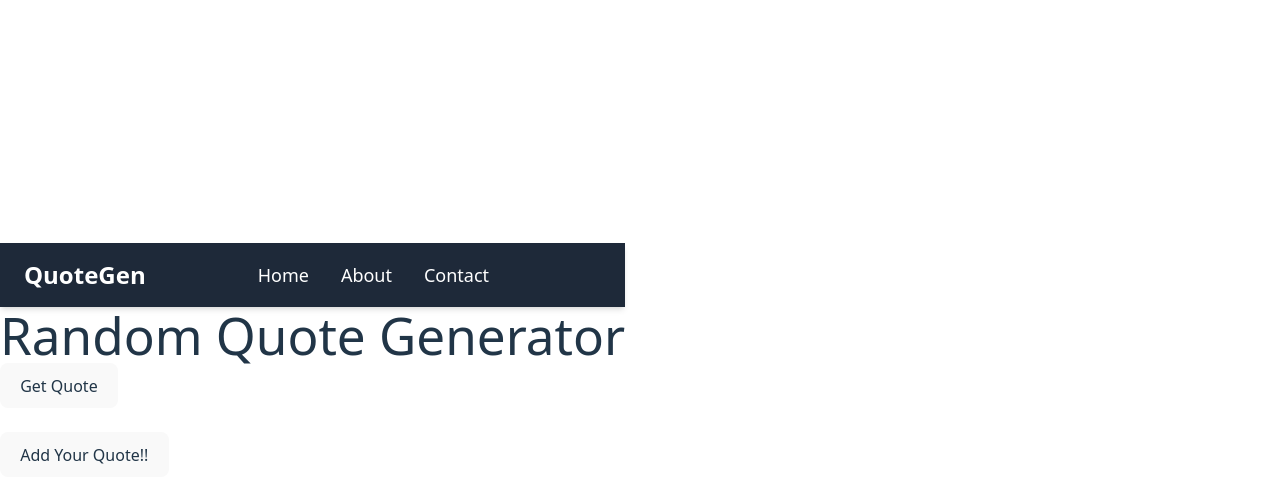
Repository: Vaibhav979/Quote-Generator
Page: / (app in QuoteGen-View/)
An editor plug-in stored every save of this project. The page is shown before and after the next save, followed by the edit.
The browser window is 1280 px wide. The pictures show the whole page.
The project was rebuilt for these pictures with package versions that can differ from the ones it lists, and the page was loaded fresh each time. Also part of the build but not shown: QuoteGen-View/vite.config.js, QuoteGen-View/src/components/AddQuotePage.jsx, QuoteGen-View/src/App.css.

Above is the page before, as saved 2025-08-15 21:07:51.

After the next save:
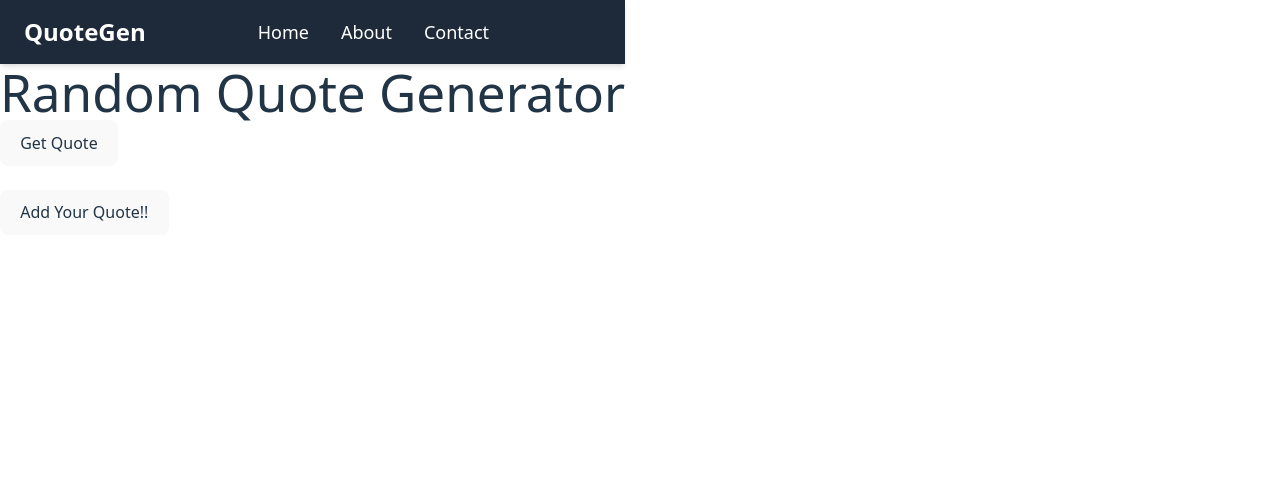
Saved 4 s later.
--- a/QuoteGen-View/src/index.css
+++ b/QuoteGen-View/src/index.css
@@ -36,7 +36,7 @@
   display: flex;
   place-items: center;
   /* min-width: 320px; */
-  min-height: 100vh;
+  /* min-height: 100vh; */
 }
 
 h1 {
